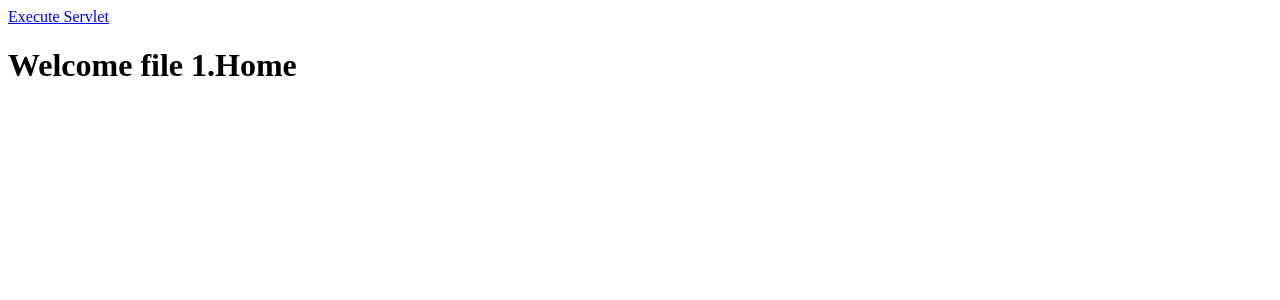
Repository: EU1182053/AdvJavaWorksSpace
Page: ServletInitPhase/src/main/webapp/Home.html
The author's editor kept a copy of each file at every save. The page is drawn from the files as they stood at one save, then again after the next save.
The browser window is 1280 px wide. The pictures show the whole page.

Above is the page before, as saved 2022-09-02 10:47:01.

### ServletInitPhase/src/main/webapp/Home.html
<!DOCTYPE html>
<html>
<head>
<meta charset="UTF-8">
<title>Insert title here</title>
</head>
<body>
<a href="/CompanyHome/MyCompanyHome">Execute Servlet</a>
<a href="/CollegeServlet"></a>
<a href="/InstituteServlet"></a>
<h1>Welcome file 1.Home</h1>
</body>
</html>

After the next save:
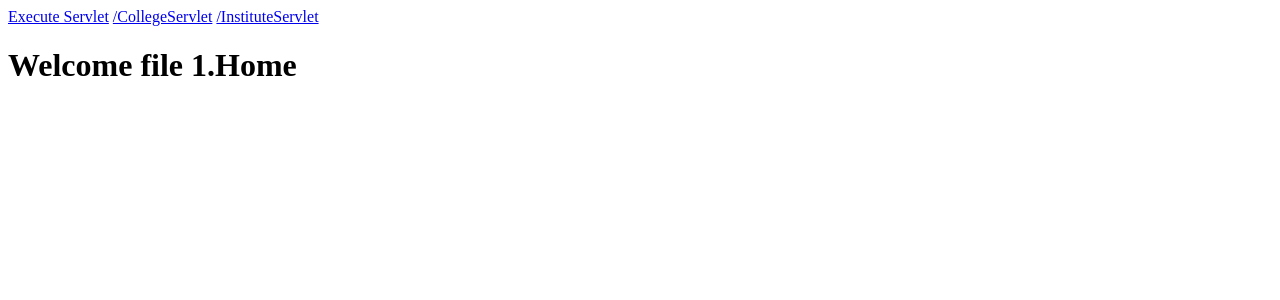
Saved 43 s later.
--- a/ServletInitPhase/src/main/webapp/Home.html
+++ b/ServletInitPhase/src/main/webapp/Home.html
@@ -6,8 +6,8 @@
 </head>
 <body>
 <a href="/CompanyHome/MyCompanyHome">Execute Servlet</a>
-<a href="/CollegeServlet"></a>
-<a href="/InstituteServlet"></a>
+<a href="/CollegeServlet">/CollegeServlet</a>
+<a href="/InstituteServlet">/InstituteServlet</a>
 <h1>Welcome file 1.Home</h1>
 </body>
 </html>
